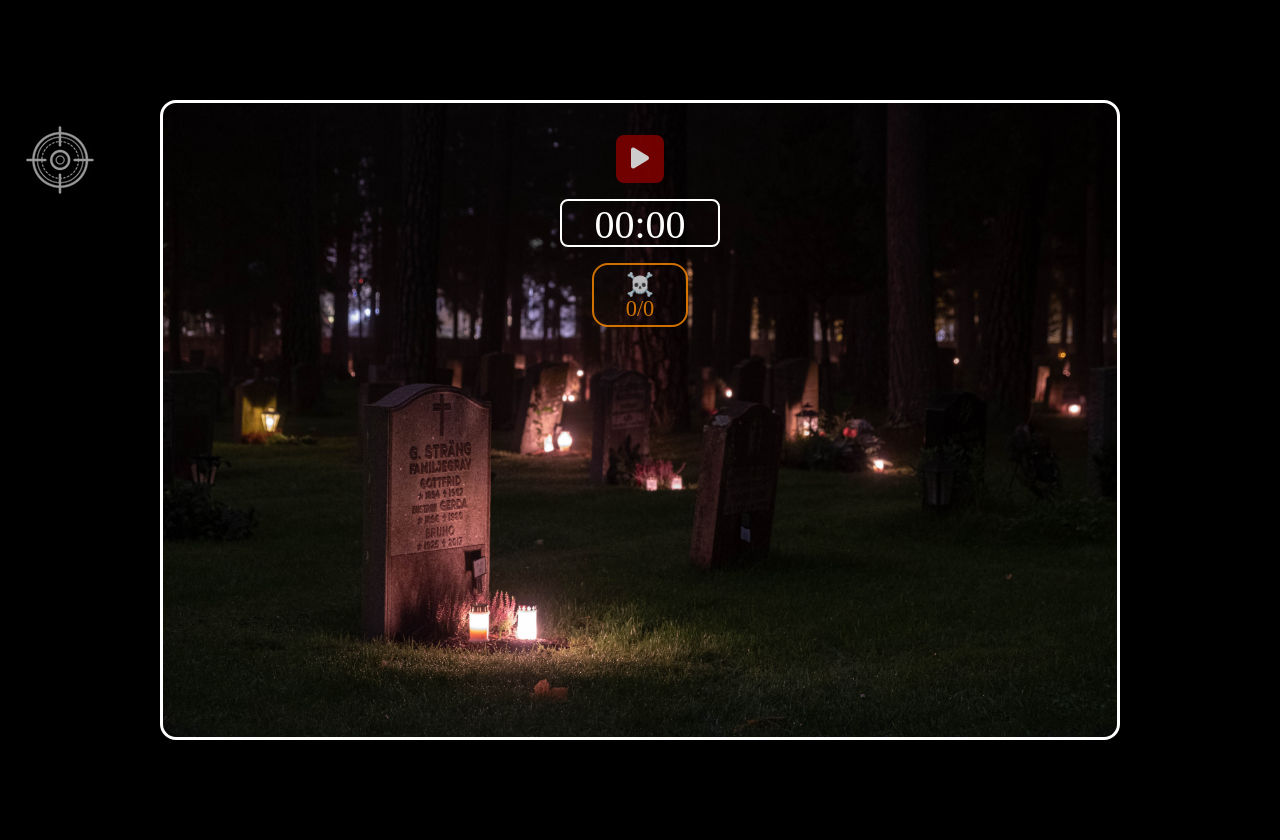
Repository: MrJinkyu/ZombieGame
Page: index.html
These files come from the project's save history. The page is drawn as it stood at one moment and after the next save; the edit follows.
The browser window is 1280 px wide. The pictures show the whole page.
Some web libraries are served in a nearby version.

Above is the page before, as saved 2023-04-09 21:40:34.

### index.html
<!DOCTYPE html>
<html lang="en">
<head>
    <meta charset="UTF-8">
    <meta http-equiv="X-UA-Compatible" content="IE=edge">
    <meta name="viewport" content="width=device-width, initial-scale=1.0">
    <title>Zombie Game</title>
    <link rel="stylesheet" href="style.css">
    <script src="main.js" defer></script>
    <script src="https://kit.fontawesome.com/83424fe51a.js" crossorigin="anonymous"></script>
</head>
<body>
    <img src="img/target.png" alt="target" class="game__target">
    <section class="game">
        <haeder class="game__header">
            <button class="game__btn">
                <i class="fa-sharp fas fa-play"></i>
            </button>
            <span class="game__timer">00:00</span>
            <span class="game__score">☠️<br> 0/0</span>
        </haeder>
        <section class="game__field">
        </section>
    </section>
    <section class="pop-up">
        <button class="pop-up__refresh">
            <i class="fa fa-rotate-right"></i>
        </button>
        <div class="pop-up__message">Replay❓</div>
    </section>
</body>
</html>

### style.css
*{
    box-sizing: border-box;
    margin: 0;
    padding: 0;
}

body{
    background-color: black;
    overflow-y: hidden;
}

.game{
    background: url('img/background.jpg') center/cover;
    width: 60rem;
    height: 40rem;
    border: 0.2rem solid white;
    border-radius: 1rem;
    margin: 100px auto;
}

.game__target{
    position: absolute;
    opacity: 0.6;
}

.game__header{
    display: flex;
    flex-direction: column;
    align-items: center;
    height: 40%;
}

.game__btn{
    margin-top: 2rem;
    width: 3rem;
    height: 3rem;
    background-color: darkred;
    color: white;
    border: none;
    border-radius: 0.5rem;
    outline: none;
    opacity: 0.8;
    font-size: 1.5rem;
}

.game__btn:hover{
    transform: scale(1.1);
    opacity: 1;
}

.game__timer{
    margin-top: 1rem;
    width: 10rem;
    height: 3rem;
    border-radius: 0.5rem;
    border: 2px solid white;
    color: white;
    line-height: 3rem;
    font-size: 2.5rem;
    cursor: auto;
    user-select: none;
    text-align: center;
}

.game__score{
    padding-top: 0.5rem;
    margin-top: 1rem;
    width: 6rem;
    height: 4rem;
    border:2px solid darkorange;
    font-size: 1.4rem;
    line-height: 1.5rem;
    border-radius: 1rem;
    background-color: transparent;
    color: darkorange;
    cursor: auto;
    user-select: none;
    opacity: 0.8;
    text-align: center;
    transition: all 200ms ease-in;
}

.game__field{
    width: 100%;
    height: 60%;
    position: relative;
}

.zombie{
    position: absolute;
    font-size: 3rem;
    transition: all 200ms ease-in;
}

.zombie:hover{
    transform: scale(1.1);
}


.pop-up{
    width: 25rem;
    height: 10rem;
    background-color: #00000090;
    text-align: center;
    margin: 0 auto;
    transform: translateY(-20rem);
    display: none;

}

.pop-up.visible{
    display: block;
}

.pop-up__refresh{
    width: 3rem;
    height: 3rem;
    margin-top: 2rem;
    background-color: white;
    color: darkorange;
    border-radius: 50%;
    border: 2px solid darkorange;
    font-size: 1.5rem;
    transition: all 200ms ease-in;
}

.pop-up__refresh:hover{
    transform: rotate(360deg);
}

.pop-up__message{
    margin-top: 0.5rem;
    color: white;
    font-size: 2rem;
}

### main.js
'use strict';

const GAME_DURATION_SEC = 3;

const target = document.querySelector('.game__target');
const field = document.querySelector('.game__field');
const fieldRect = field.getBoundingClientRect();
const gameBtn = document.querySelector('.game__btn');
const gameTimer = document.querySelector('.game__timer');
const gameScore = document.querySelector('.game__score');
const popUp = document.querySelector('.pop-up');
const popUpMessage = document.querySelector('.pop-up__message');
const popUpRefreshBtn = document.querySelector('.pop-up__refresh');

let stared = false;
let timer = undefined;
let kill = 0;

const Zombie = {
    width:48,
    height:63,
    className:'zombie',
    man:'🧟‍♂️',
    boy:'🧟',
    girl:'🧟‍♀️',
    count: 10,
}

popUpRefreshBtn.addEventListener('click',()=>{
    HidePopUp();
    showGameBtn();
    start();
});

gameBtn.addEventListener('click',()=>{
    if(!stared){
        start();
    }else{
        stop();
    }
});

function start(){
    stared = true;
    init();
    stopGameBtn();
    startGameTimer();
    showGameBtn();
}

function stop(){
    stared = false;
    hideGameBtn();
    showPopUpWithText('Replay❓');
    stopGameTimer();
}

function finish(win){
    stared = false;
    stopGameTimer();
    hideGameBtn();
    if(win){
        showPopUpWithText('Mission accomplished!! ✅');
    }else{
        showPopUpWithText('Mission failed..🩸');
    }
}

function HidePopUp(){
    popUp.classList.remove('visible');
}

function showPopUpWithText(text){
    popUpMessage.innerHTML = text;
    popUp.classList.add('visible');
}

function showGameBtn(){
    gameBtn.style.visibility = 'visible';
}

function hideGameBtn(){
    gameBtn.style.visibility = 'hidden';
}

function showUrgentTimer(){
    gameTimer.style.borderColor='red';
    gameTimer.style.color='red';
}

function initTimerStyle(){
    gameTimer.style.borderColor='white';
    gameTimer.style.color='white';
}

function startGameTimer(){
    let remainingTimeSec = GAME_DURATION_SEC;
    showUpdatedTime(remainingTimeSec);
    initTimerStyle();
    timer = setInterval(()=>{
        if(remainingTimeSec<=3){
            showUrgentTimer();
        }
        if(remainingTimeSec<=0){
            clearInterval(timer);
            finish(kill == Zombie.count);
            return ;
        }
        showUpdatedTime(--remainingTimeSec);
    },1000);
}

function showUpdatedTime(time){
    let minute = Math.floor(time/60);
    let seconds = time%60;

    gameTimer.innerHTML=`${minute}:${seconds}`;
}

function stopGameTimer(){
    clearInterval(timer);
}

function startGameBtn(){
    const icon = document.querySelector('.fas');
    icon.classList.add('fa-sharp');
    icon.classList.remove('fa-stop');
    icon.classList.add('fa-play');
}

function stopGameBtn(){
    const icon = document.querySelector('.fas');
    icon.classList.remove('fa-sharp');
    icon.classList.add('fa-stop');
    icon.classList.remove('fa-play');
}

function init(){
    field.innerHTML='';
    kill = 0;
    gameScore.innerHTML= `☠️<br>0/${Zombie.count*3}`;
    addZombie(Zombie.className,Zombie.man,Zombie.count);
    addZombie(Zombie.className,Zombie.boy,Zombie.count);
    addZombie(Zombie.className,Zombie.girl,Zombie.count);

    const zombies = document.querySelectorAll('.zombie');

    for (let i = 0; i < zombies.length; i++) {
    let x = 0;
    let y = 0;
    setInterval(moveElement, 1000, zombies[i]);

        function moveElement(element) {

            let newX = randomNumber(fieldRect.width - Zombie.width);
            let newY = randomNumber(fieldRect.height - Zombie.height);

            let deltaX = newX - x;
            let deltaY = newY - y;

            x = newX;
            y = newY;
            element.style.transition = "transform 5s";
            element.style.transform = `translate(${deltaX}px,${deltaY}px)`;
        }
    }
}

function addZombie(className,zombieType,count){
    for(let i=0; i<count; i++){
        const zombie = document.createElement('span');
        zombie.setAttribute('class',className);
        zombie.innerHTML = zombieType;
        const x = randomNumber(fieldRect.width-Zombie.width);
        const y = randomNumber(fieldRect.height-Zombie.height);
        zombie.style.left = `${x}px`;
        zombie.style.top = `${y}px`;
        field.appendChild(zombie);
    }
}

function randomNumber(max){
    return Math.floor(Math.random()*max);
}

function hunt(e){
    if(!stared){
        return;
    }

    if(e.target.className === Zombie.className){
        e.target.remove();
        kill++;
        updateScoreBoard();
        animScoreBoard();
        if(kill === Zombie.count*3){
            finish(true);
        }
    }else{
        return ;
    }
}

function animScoreBoard(){
    gameScore.style.fontSize = '2rem';
    setTimeout(()=>{
        gameScore.style.fontSize = '1.4rem';
    },200);
}

function updateScoreBoard(){
    gameScore.innerHTML = `☠️<br>${kill}/${Zombie.count*3}`;
}

window.addEventListener('load',()=>{
    const targetRect = target.getBoundingClientRect();
    document.addEventListener('mousemove',(e)=>{
        target.style.transform = `translate(${e.clientX-targetRect.width/2}px,${e.clientY-targetRect.height/2-100}px)`;
    });
    document.addEventListener('click',hunt);
});

After the next save:
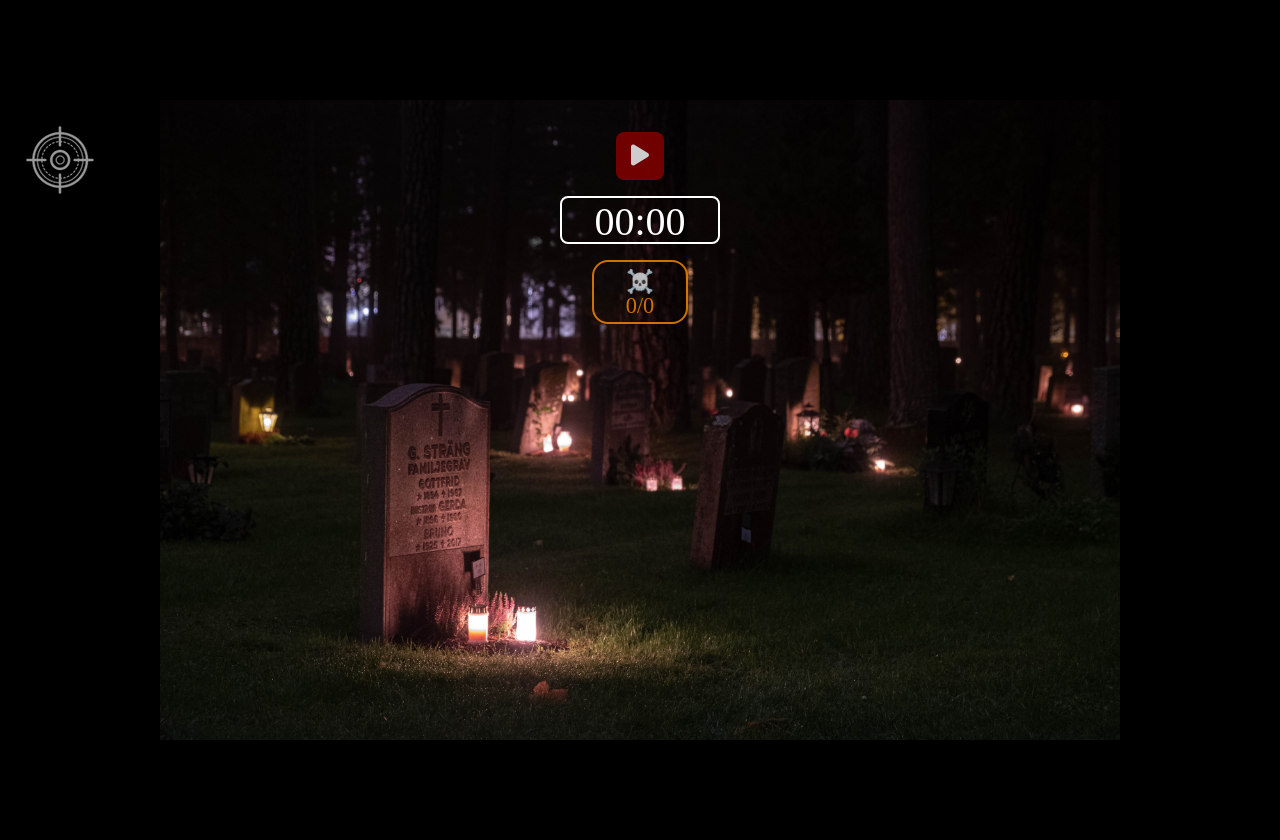
Saved 45 s later.
--- a/style.css
+++ b/style.css
@@ -13,8 +13,8 @@
     background: url('img/background.jpg') center/cover;
     width: 60rem;
     height: 40rem;
-    border: 0.2rem solid white;
-    border-radius: 1rem;
+    /* border: 0.2rem solid white;
+    border-radius: 1rem; */
     margin: 100px auto;
 }
 

After the save that followed:
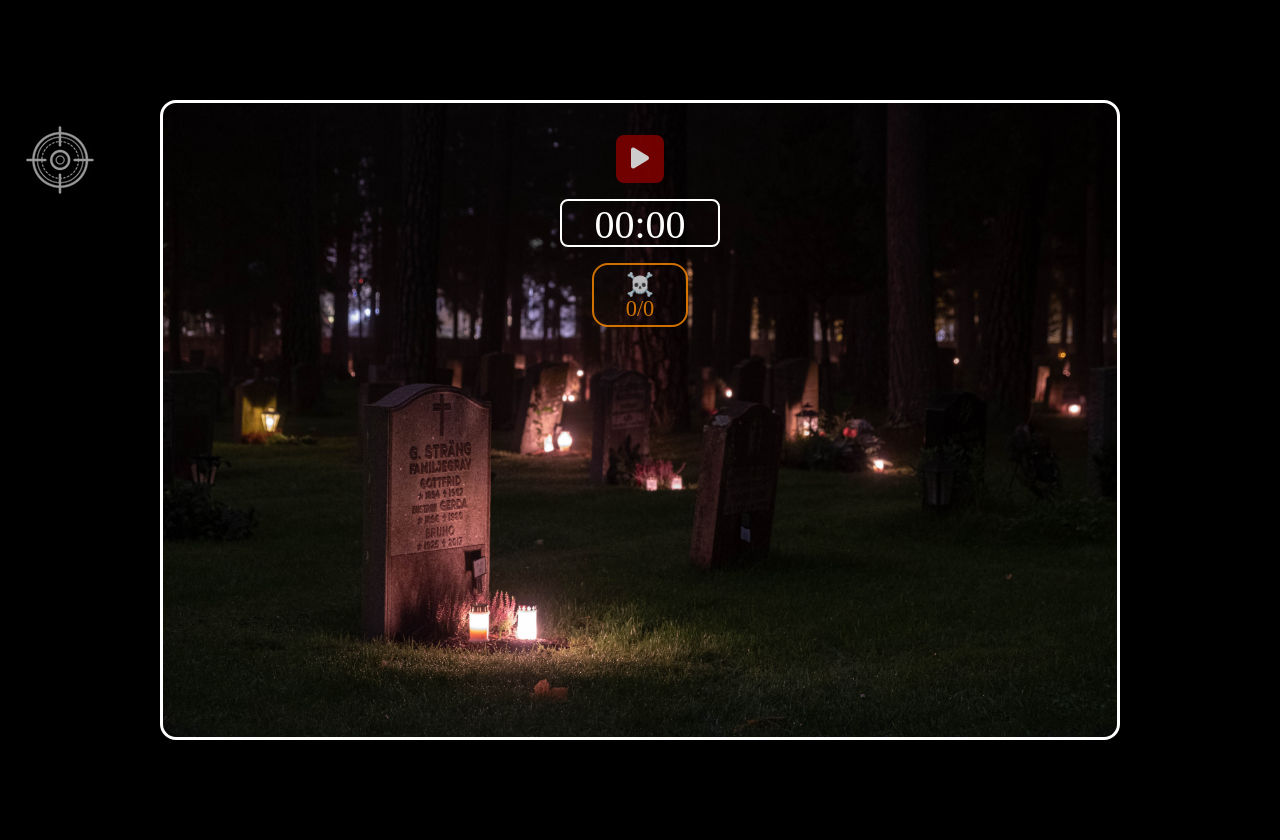
Saved 12 s later.
--- a/style.css
+++ b/style.css
@@ -13,8 +13,8 @@
     background: url('img/background.jpg') center/cover;
     width: 60rem;
     height: 40rem;
-    /* border: 0.2rem solid white;
-    border-radius: 1rem; */
+    border: 0.2rem solid white;
+    border-radius: 1rem;
     margin: 100px auto;
 }
 
